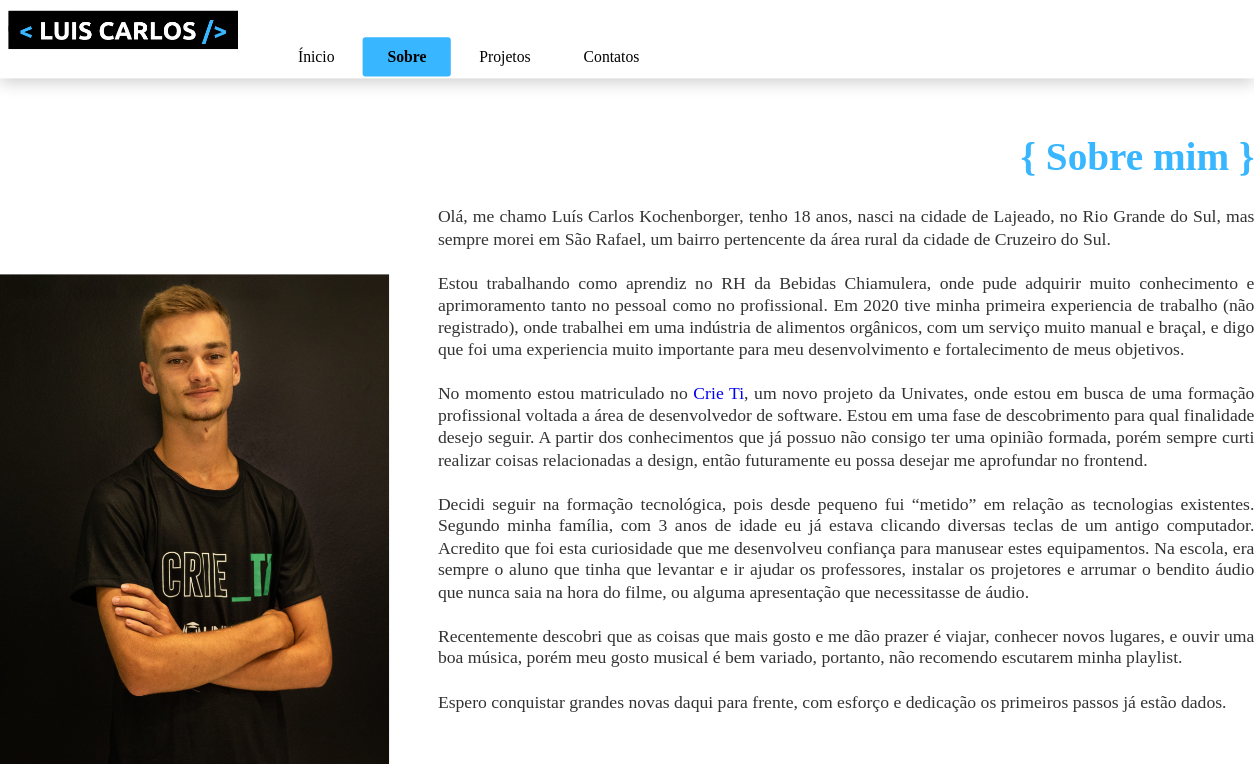
Repository: Iluiscarlos/SitePortifolio
Page: about.html
These files come from the project's save history. The page is drawn as it stood at one moment and after the next save; the edit follows.
The browser window is 1280 px wide. The pictures show the whole page, at 98% of full size.
Some web libraries are served in a nearby version.

Above is the page before, as saved 2022-05-23 23:09:28.

After the next save:
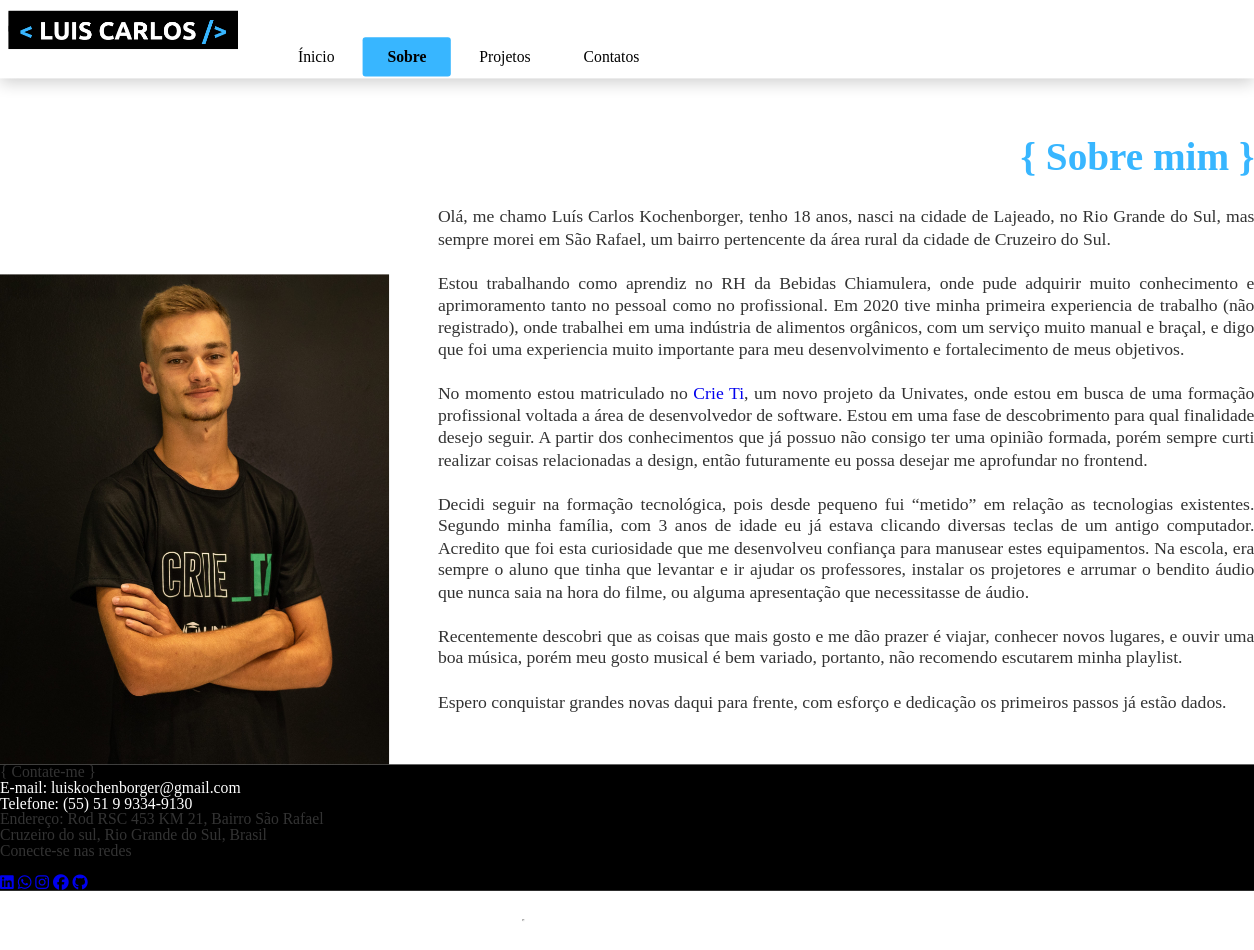
Saved 80 s later.
--- a/about.html
+++ b/about.html
@@ -11,6 +11,7 @@
     <link rel="stylesheet" href="Styles/base/base.css">
     <link rel="stylesheet" href="Styles/layout/header.css">
     <link rel="stylesheet" href="Styles/layout/about.css">
+    <link rel="stylesheet" href="Styles/layout/footer.css">
     <script src="https://kit.fontawesome.com/2c48374459.js" crossorigin="anonymous"></script>
     <link rel="preconnect" href="https://fonts.googleapis.com">
     <link rel="preconnect" href="https://fonts.gstatic.com" crossorigin>
@@ -41,5 +42,35 @@
             </div>
         </div>
     </section>
+    <footer class="footer">
+        <div class="footer__contacts">
+            <h1 class="footer__contacts-tittle">{ Contate-me }</h1>
+            <a class="contacts" href="mailto:luiskochenborger@gmail.com">E-mail: luiskochenborger@gmail.com</a>
+            <a class="contacts" href="tel:+55051993349130">Telefone: (55) 51 9 9334-9130</a>
+        </div>
+        <address class="footer__add">
+            Endereço: Rod RSC 453 KM 21, Bairro São Rafael<br>
+            Cruzeiro do sul, Rio Grande do Sul, Brasil
+        </address>
+        <div class="footer__rede">
+            <h1 id="footer__rede">Conecte-se nas redes</h1>
+            <br>
+            <a class="footer__icon" href="https://www.linkedin.com/in/luis-carlos-kochenborger" target="_blank"><i
+                    class="fa-brands fa-linkedin"></i></a>
+            <a class="footer__icon" href="https://api.whatsapp.com/send?phone=5551993349130&text=Contate-me"
+                target="_blank"><i class="fa-brands fa-whatsapp"></i></a>
+            <a class="footer__icon" href="https://www.instagram.com/iluis.kochenborger/" target="_blank"><i
+                    class="fa-brands fa-instagram"></i></a>
+            <a class="footer__icon" href="https://www.facebook.com/luiscarlos.kochenborger/" target="_blank"><i
+                    class="fa-brands fa-facebook"></i></a>
+            <a class="footer__icon" href="https://github.com/Iluiscarlos" target="_blank"><i
+                    class="fa-brands fa-github"></i></a>
+        </div>
+    </footer>
+        <span class="footer__copy">
+            <hr>
+            <br>
+            &copy;2022 Todos direitos reservados
+        </span>
 </body>
 </html>
